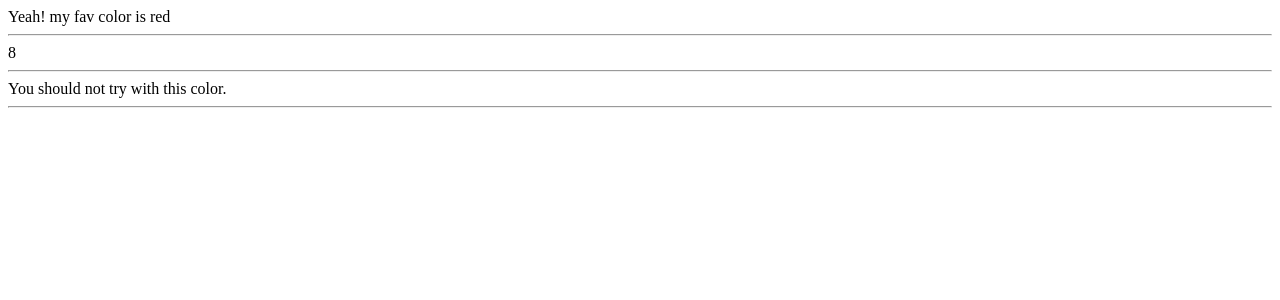
Repository: hsumyatm7308/PHP
Page: http://localhost/l38trycatch.php
The author's editor kept a copy of each file at every save. The page is drawn from the files as they stood at one save, then again after the next save.
The browser window is 1280 px wide. The pictures show the whole page.
The page is run by PHP 8.4 with error messages shown; the project is at /var/www/html/.

Above is the page before, as saved 2023-05-12 17:46:43.

### part1/l38trycatch.php
<?php

ini_set("display_errors",1);

function mycolor($col){
   if($col !== "red"){
    throw new Exception("I hate $col color");
   }

   return "Yeah! my fav color is $col";
}

echo mycolor("red");

echo "<hr>";

function mynum($base,$power){

    if($power > 3){
        throw new Exception("We not allow over $power");
    }

    $result = pow($base,$power);

    return $result;
}

echo mynum(2,3);

echo "<hr>";

// => try..catch Statement
// try{
// //    code to be exectued
// }catch(Exception $e){
//     //   code to be exception is caught
// }


function mycolour($col){
    if($col !== "red"){
        throw new Exception("I hate $col color.");
    }

    return "Yeach! my fa color is $col.";
}


try{
   echo mycolour("black");
}catch(Exception $e){
   echo "You should not try with this color.";
}

echo "<hr>";


?>

After the next save:
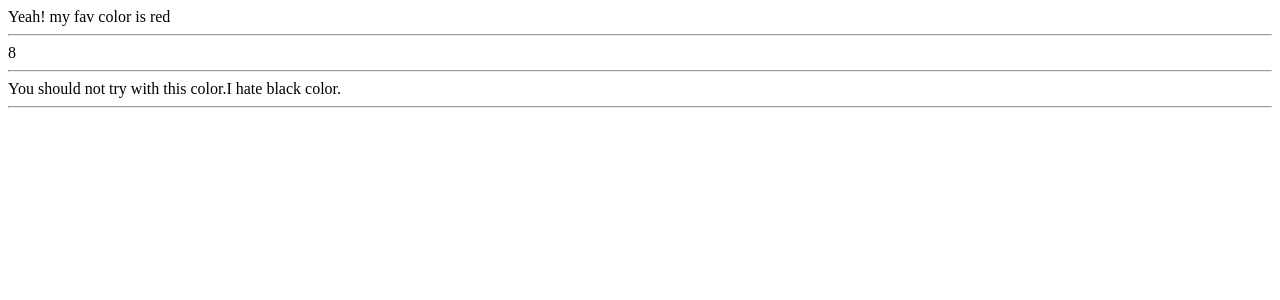
Saved 35 s later.
--- a/part1/l38trycatch.php
+++ b/part1/l38trycatch.php
@@ -46,11 +46,20 @@ function mycolour($col){
 }
 
 
+// try{
+//    echo mycolour("black");
+// }catch(Exception $e){
+//    echo "You should not try with this color.";
+// }
+
+
+
 try{
-   echo mycolour("black");
-}catch(Exception $e){
-   echo "You should not try with this color.";
-}
+    echo mycolour("black");
+ }catch(Exception $e){
+    echo "You should not try with this color." . $e->getMessage();
+ }
+
 
 echo "<hr>";
 
